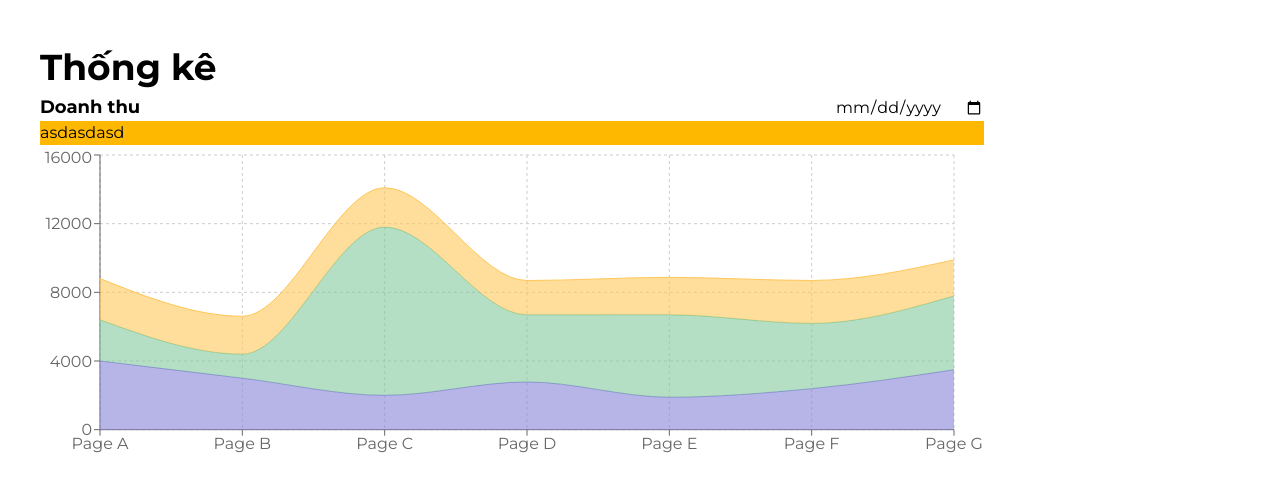
Repository: iphoneboy46/AltaMediaCMS
Page: /
The author's editor kept a copy of each file at every save. The page is drawn from the files as they stood at one save, then again after the next save.
The browser window is 1280 px wide. The pictures show the whole page.
Some web libraries are served in a nearby version. The project was rebuilt for these pictures with package versions that can differ from the ones it lists, and the page was loaded fresh each time.

Above is the page before, as saved 2023-03-26 21:51:00.

After the next save:
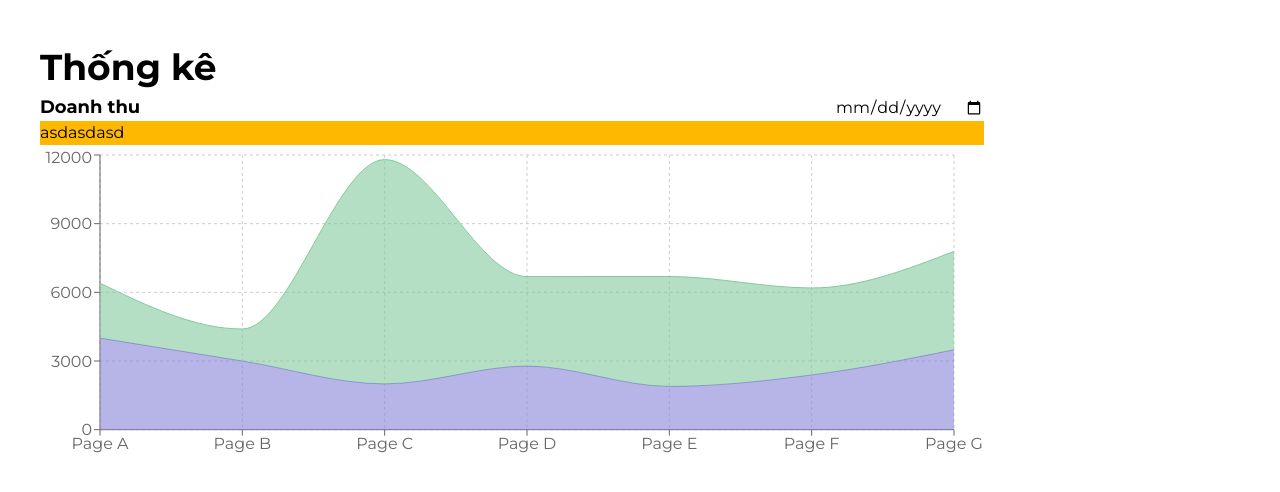
Saved 109 s later.
--- a/src/components/Charts/Charts.tsx
+++ b/src/components/Charts/Charts.tsx
@@ -67,7 +67,7 @@ function Charts() {
           <Tooltip />
           <Area type="monotone" dataKey="uv" stackId="1" stroke="#8884d8" fill="#8884d8" />
           <Area type="monotone" dataKey="pv" stackId="1" stroke="#82ca9d" fill="#82ca9d" />
-          <Area type="monotone" dataKey="amt" stackId="1" stroke="#ffc658" fill="#ffc658" />
+
         </AreaChart>
       </ResponsiveContainer>
     </div>
